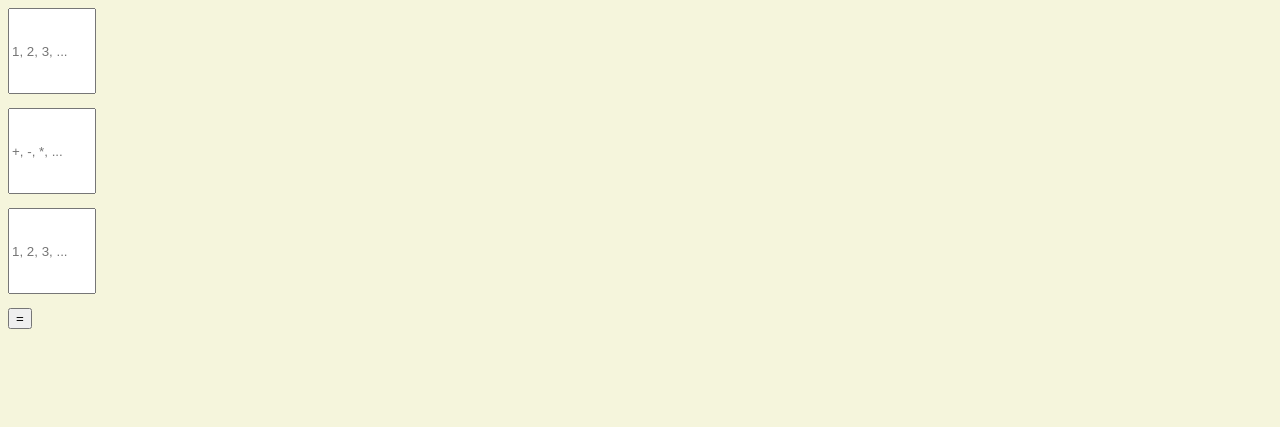
Repository: WesleyErasmus/threeInputCalculator
Page: html/if-calculator.html
These files come from the project's save history. The page is drawn as it stood at one moment and after the next save; the edit follows.
The browser window is 1280 px wide. The pictures show the whole page.

Above is the page before, as saved 2022-04-27 22:02:43.

### html/if-calculator.html
<!DOCTYPE html>
<html lang="en">
<head>
    <meta charset="UTF-8">
    <meta http-equiv="X-UA-Compatible" content="IE=edge">
    <meta name="viewport" content="width=device-width, initial-scale=1.0">
    <title>JS If Calculator</title>
    <link rel="stylesheet" href="/css/stylesheet.css">
    <script src="/js/if-calculator.js"></script>

</head>
<body>

    <form onsubmit="return false;">
        <div class="inputField">
        <!-- <label for="input1">Enter a number</label> -->
         <input id="input1" type="text" name = "input1" placeholder="1, 2, 3, ..."> <!-- input-1 -->
        </div>
        <div class="inputField">
         <!-- <label for="input3">Enter operator</label> -->
         <input id="input3" type="text" name = "input3" placeholder="+, -, *, ..."> <!-- input-3 (operator) -->
        </div>
        <div class="inputField">
         <!-- <label for="input2">Enter a number </label> -->
         <input id="input2" type="text" name = "input2" placeholder="1, 2, 3, ..."> <!-- input-2 -->
        </div>
         <button onclick="sum()">=</button>
         <p id="output"></p>
    </form>

</body>
</html>

### css/stylesheet.css
body {
    background-color: beige;
}
form {

}
input {
    width: 80px;
    height: 80px;
}
.inputField {
    width: 100px;
    height: 100px;
}

### js/if-calculator.js
function sum() {
const num1 = document.getElementById("input1").value;
const num2 = document.getElementById("input2").value;
const operator = document.getElementById("input3").value;
const output = document.getElementById("output").value;
  let answer;
  document.getElementById("output").value;
  if (operator == '+') {
    answer = +num1 + +num2;
    document.getElementById("output").innerHTML = answer;
  } else if (operator == '-') {
    answer = num1 - num2;
    document.getElementById("output").innerHTML = answer;
  } else if (operator == '*') {
    answer = num1 * num2;
    document.getElementById("output").innerHTML = answer;
  } else {
    answer = num1 / num2;
    document.getElementById("output").innerHTML = answer;
  }console.log(answer);
}

After the next save:
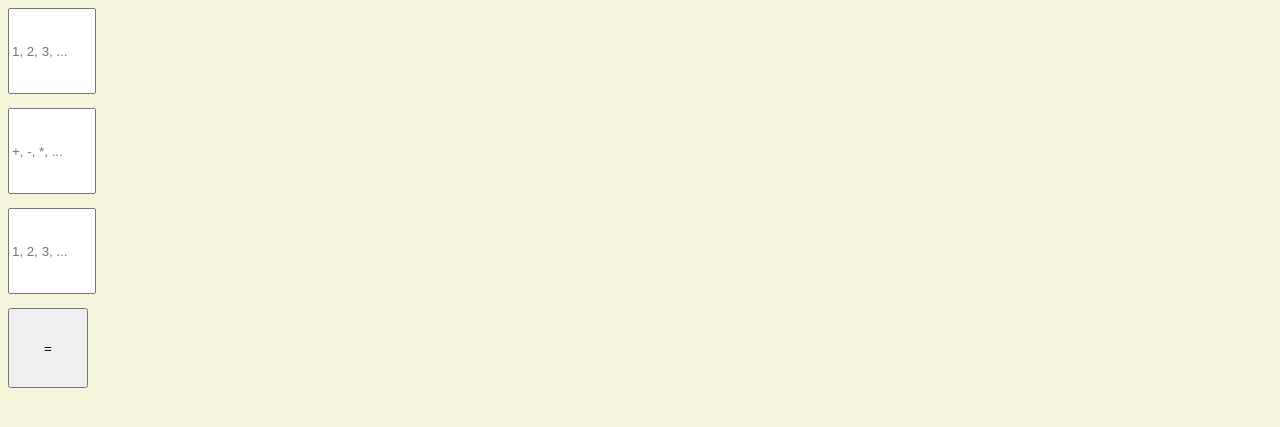
Saved 22 s later.
--- a/css/stylesheet.css
+++ b/css/stylesheet.css
@@ -4,7 +4,7 @@ body {
 form {
 
 }
-input {
+input, button {
     width: 80px;
     height: 80px;
 }
